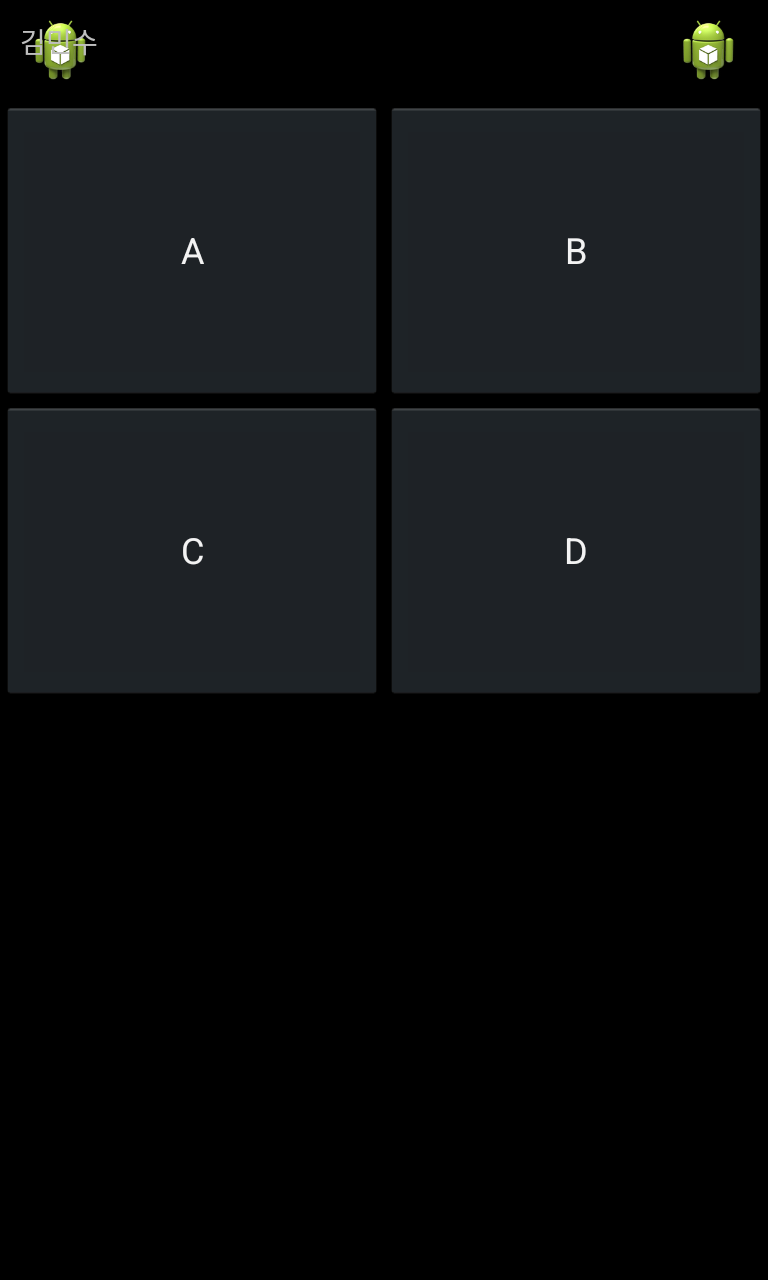
Repository: Minsu-Daniel-Kim/tipinboard1.0
Layout: TipinBoard1.0/res/layout/activity_main.xml
These files come from the project's save history. The layout is drawn as it stood at one moment and after the next save; the edit follows.
It is drawn on a 768 x 1280 px phone screen (xhdpi) without system bars, with theme android:Theme.Holo; the app's code is not run.

Above is the layout before, as saved 2013-04-15 09:18:45.

After the next save:
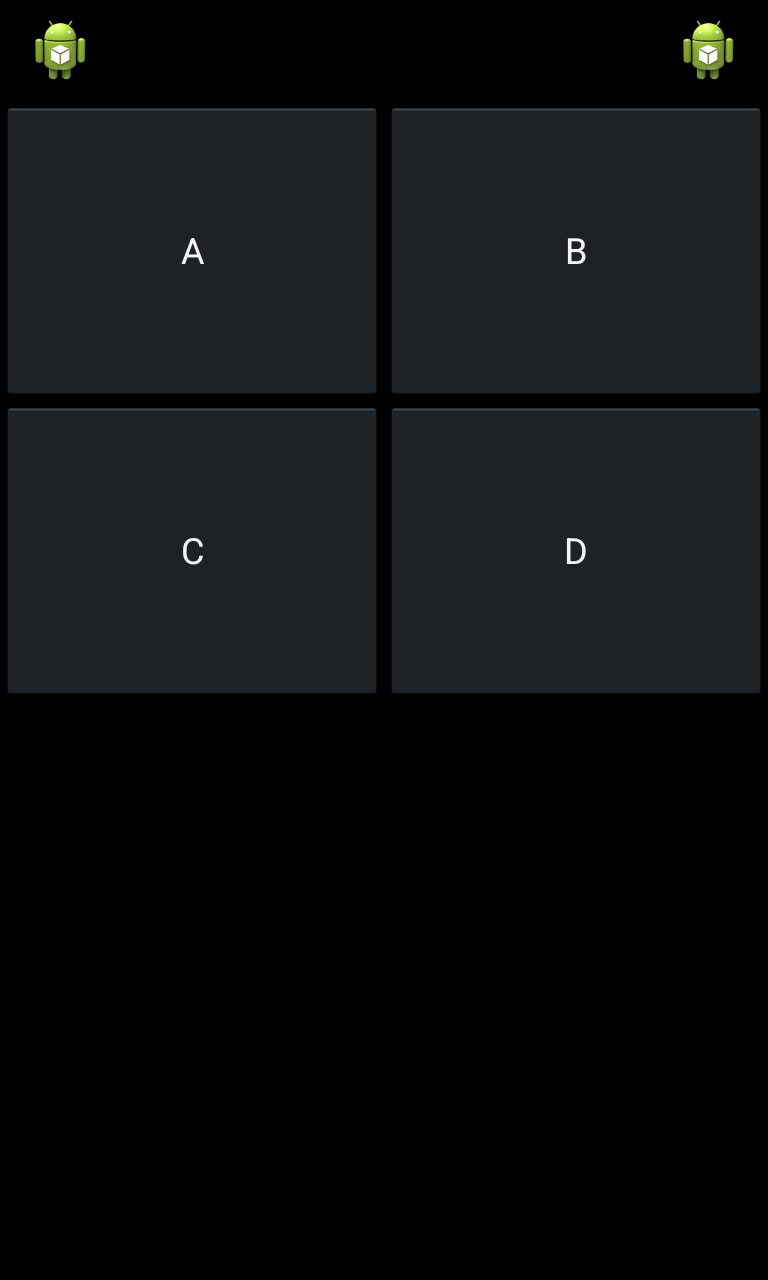
Saved 30 s later.
--- a/TipinBoard1.0/res/layout/activity_main.xml
+++ b/TipinBoard1.0/res/layout/activity_main.xml
@@ -21,6 +21,7 @@
 
         <TextView
             android:id="@+id/imageView1"
+            android:layout_toRightOf="@+id/iv_profile"
             android:layout_width="wrap_content"
             android:layout_height="wrap_content"
             android:layout_margin="10dp"
